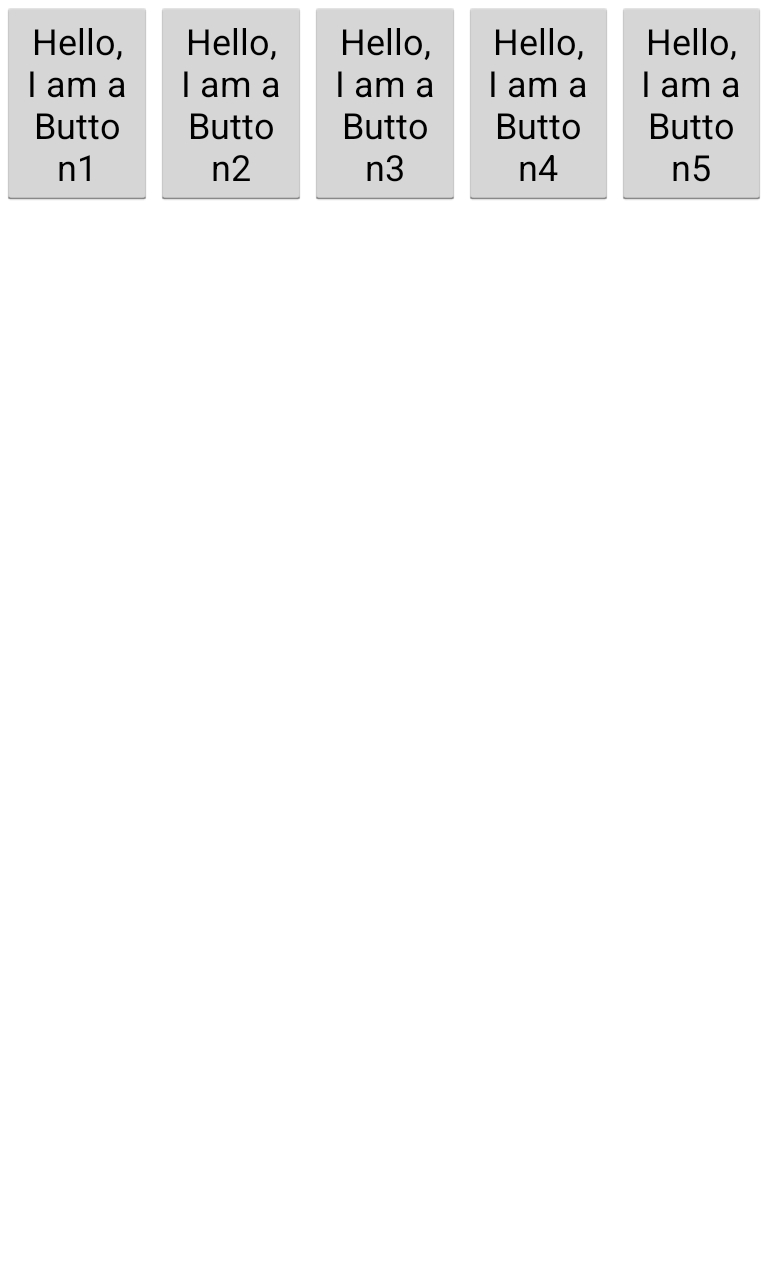
Repository: Free-Mind/eclipes
Layout: World/res/layout/activity_main.xml
These files come from the project's save history. The layout is drawn as it stood at one moment and after the next save; the edit follows.
It is drawn on a 768 x 1280 px phone screen (xhdpi) without system bars, with theme AppTheme; the app's code is not run.

Above is the layout before, as saved 2015-04-17 17:36:18.

After the next save:
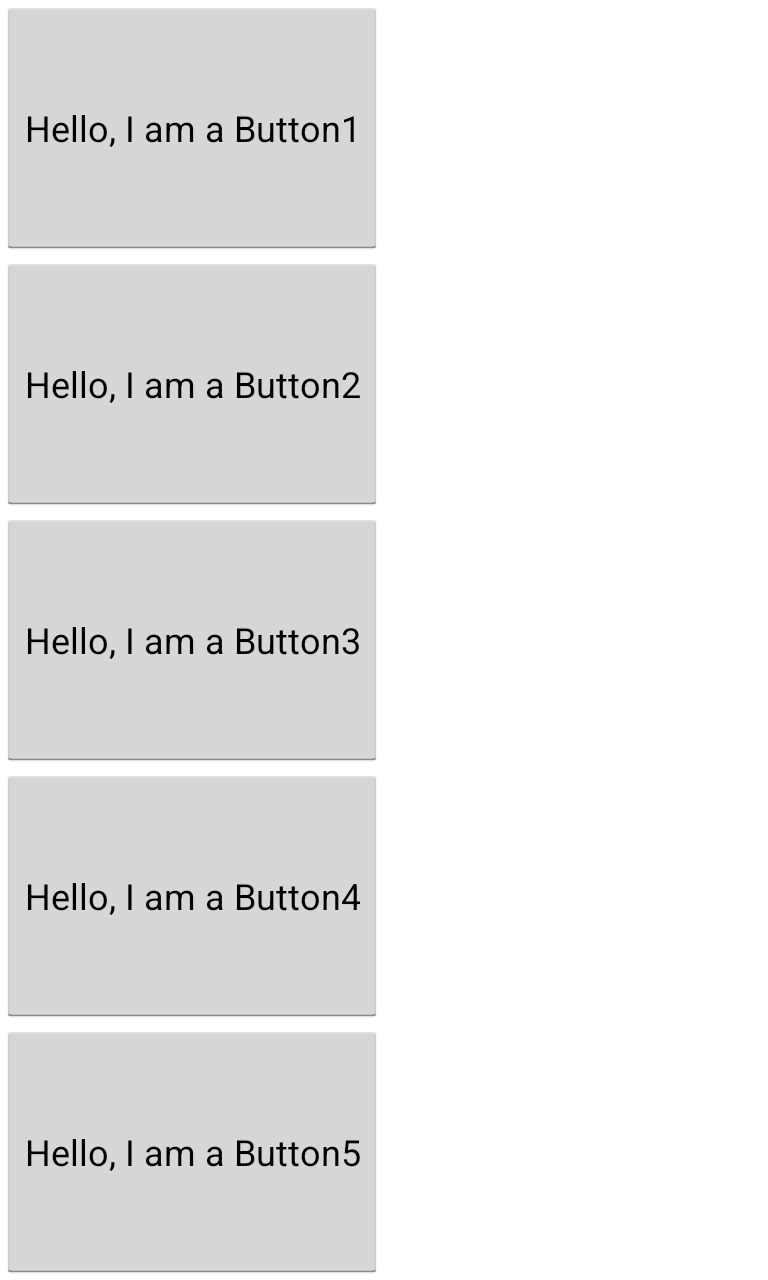
Saved 70 s later.
--- a/World/res/layout/activity_main.xml
+++ b/World/res/layout/activity_main.xml
@@ -1,7 +1,7 @@
 <LinearLayout xmlns:android="http://schemas.android.com/apk/res/android"
              android:layout_width="wrap_content"
-            android:layout_height="wrap_content"
-              android:orientation="horizontal"><!-- have an eye on ! -->
+             android:layout_height="wrap_content"
+              android:orientation="vertical"><!-- have an eye on ! -->
     <Button android:id="@+id/button1"
             android:layout_width="wrap_content"
             android:layout_height="wrap_content"
